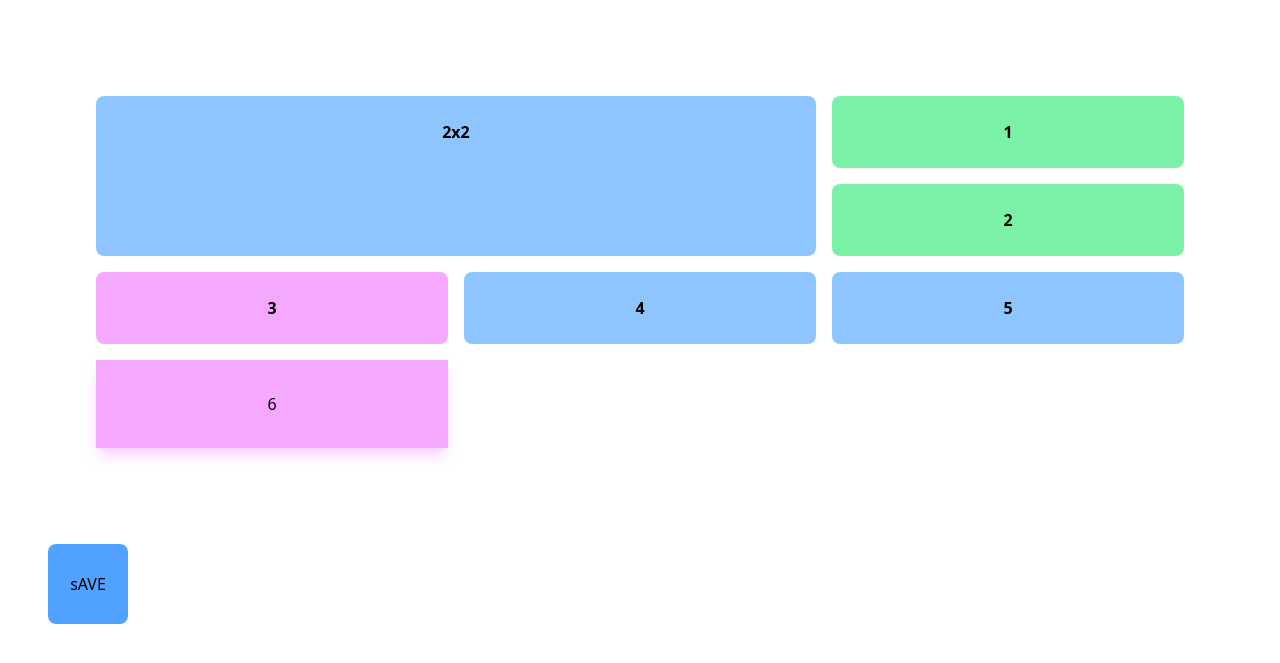
Repository: Abdulahi338/TailwindCss-exercise
Page: Exercise3/index.html
The author's editor kept a copy of each file at every save. The page is drawn from the files as they stood at one save, then again after the next save.
The browser window is 1280 px wide. The pictures show the whole page.

Above is the page before, as saved 2025-08-12 17:57:57.

After the next save:
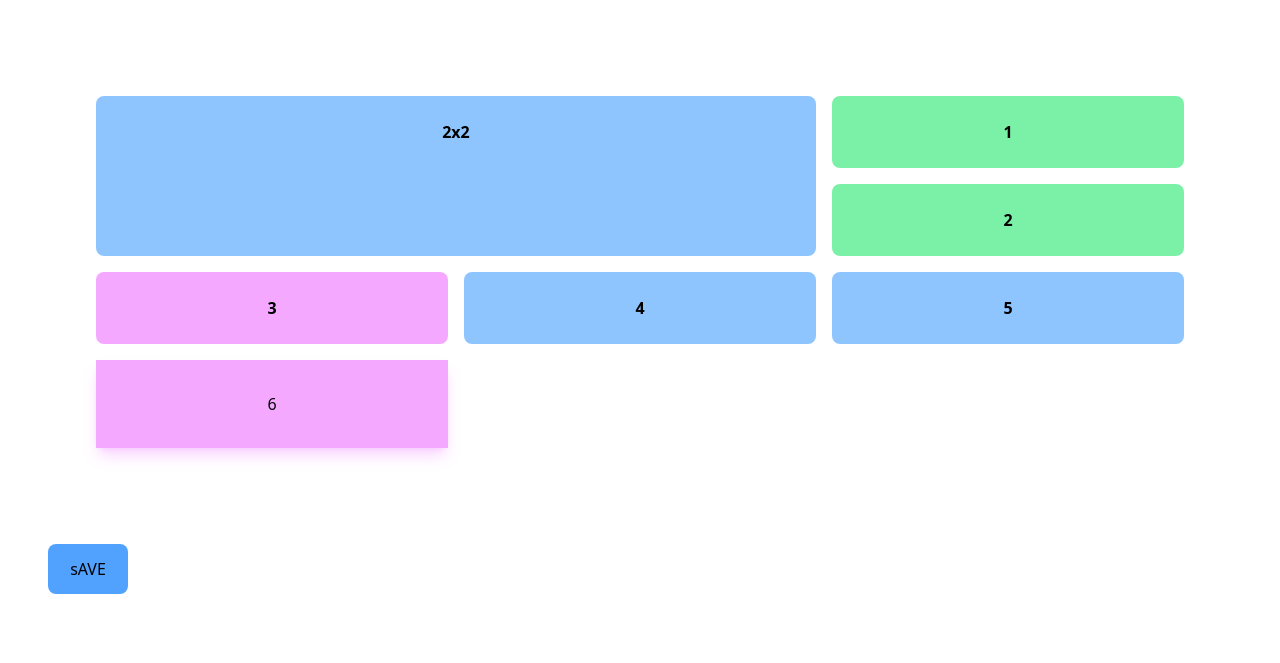
Saved 15 s later.
--- a/Exercise3/index.html
+++ b/Exercise3/index.html
@@ -19,7 +19,7 @@
         <div class="bg-fuchsia-300 p-8 font-med shadow-lg shadow-fuchsia-300/50">6</div>
 
     </div>
-            <button class="ml-12 rounded-lg w-[80px] h-[80px] bg-blue-400">sAVE</button>
+            <button class="ml-12 rounded-lg w-[80px] h-[50px] bg-blue-400">sAVE</button>
 
 
 
